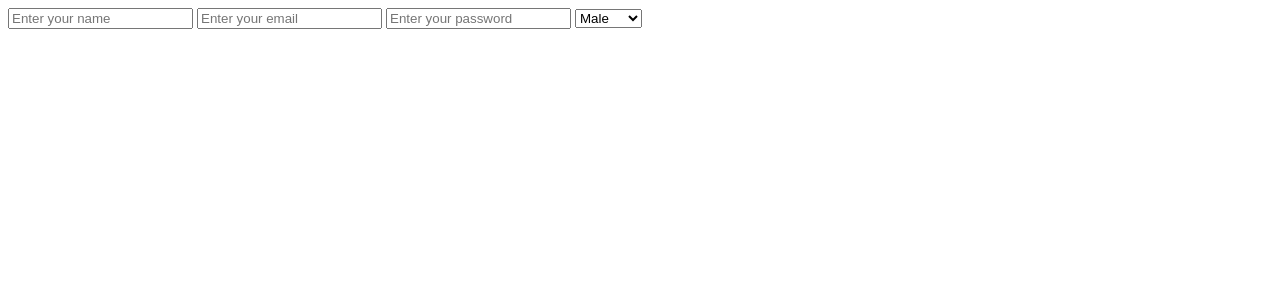
Repository: Mohitkumar1322/FrontendPracticee
Page: FormValidation/index.html
These files come from the project's save history. The page is drawn as it stood at one moment and after a run of saves; the edit follows.
The browser window is 1280 px wide. The pictures show the whole page.

Above is the page before, as saved 2025-07-20 21:36:45.

After the next 2 saves:
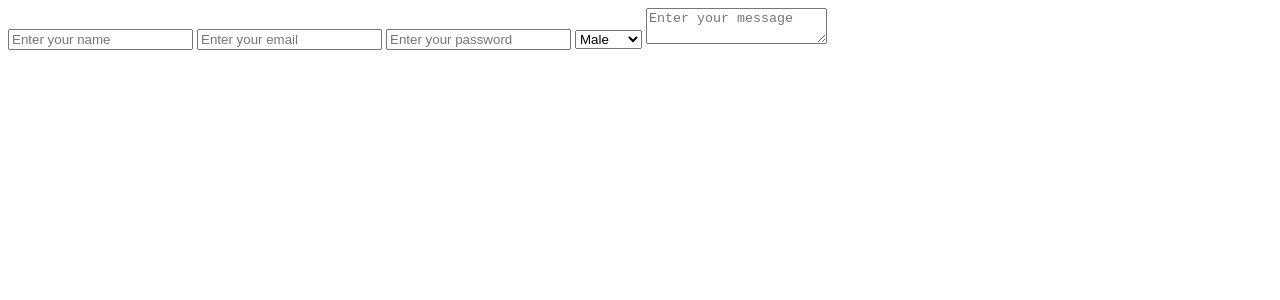
The 2 saves are shown as one change because they came seconds apart.
The last was saved 33 s later.
--- a/FormValidation/index.html
+++ b/FormValidation/index.html
@@ -16,6 +16,7 @@
             <option value="female">Female</option>
             <option value="other">Other</option>
         </select>
+        <textarea name="message" id="" placeholder="Enter your message" required></textarea>
     </form>
 
     <script src="script.js"></script>
